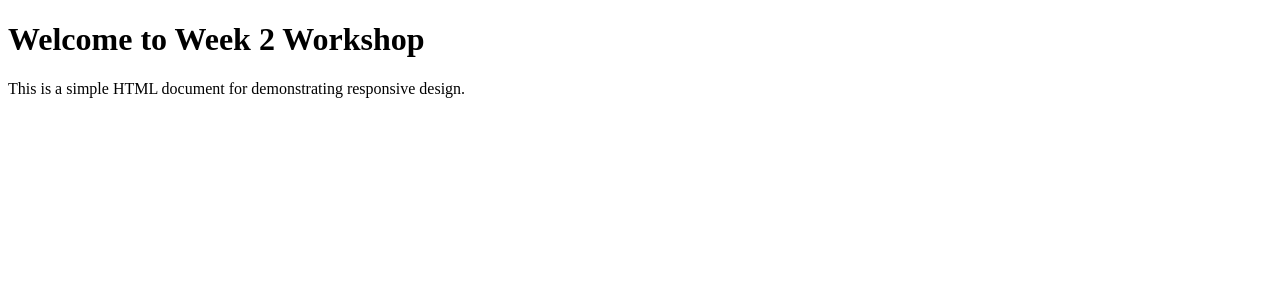
Repository: VickyJacob23/SheCode
Page: firstCode/week2.html
These files come from the project's save history. The page is drawn as it stood at one moment and after the next save; the edit follows.
The browser window is 1280 px wide. The pictures show the whole page.

Above is the page before, as saved 2024-08-28 09:23:46.

After the next save:
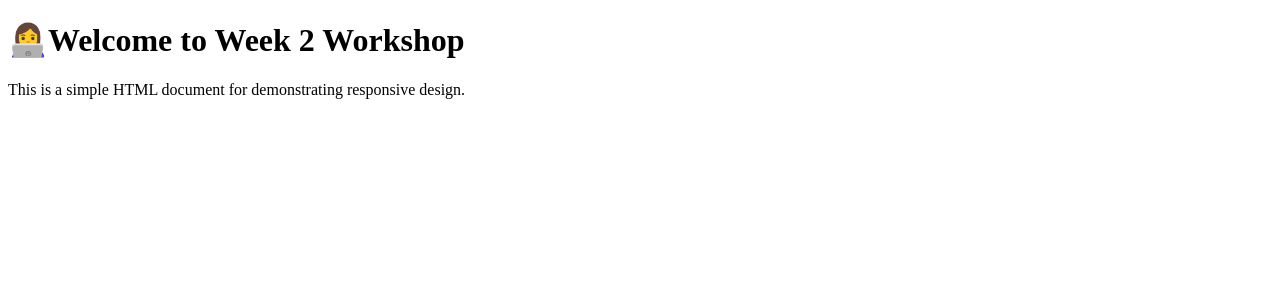
Saved 22 s later.
--- a/firstCode/week2.html
+++ b/firstCode/week2.html
@@ -9,7 +9,7 @@
   <body>
     <main>
       <div>
-        <h1>Welcome to Week 2 Workshop</h1>
+        <h1>👩‍💻Welcome to Week 2 Workshop</h1>
         <p>
           This is a simple HTML document for demonstrating responsive design.
         </p>
